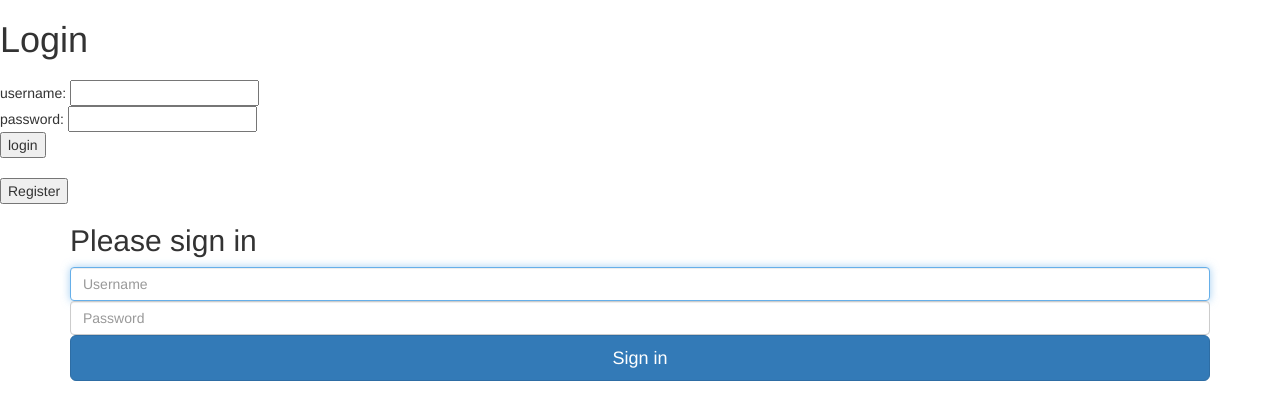
Repository: aaikinsm/FDM-Programs
Page: http://localhost/SoloProject/createExam.jsp
An editor plug-in stored every save of this project. The page is shown before and after the next save, followed by the edit.
The browser window is 1280 px wide. The pictures show the whole page.
The page is served by Tomcat 9.

Above is the page before, as saved 2017-05-26 17:43:36.

After the next save:
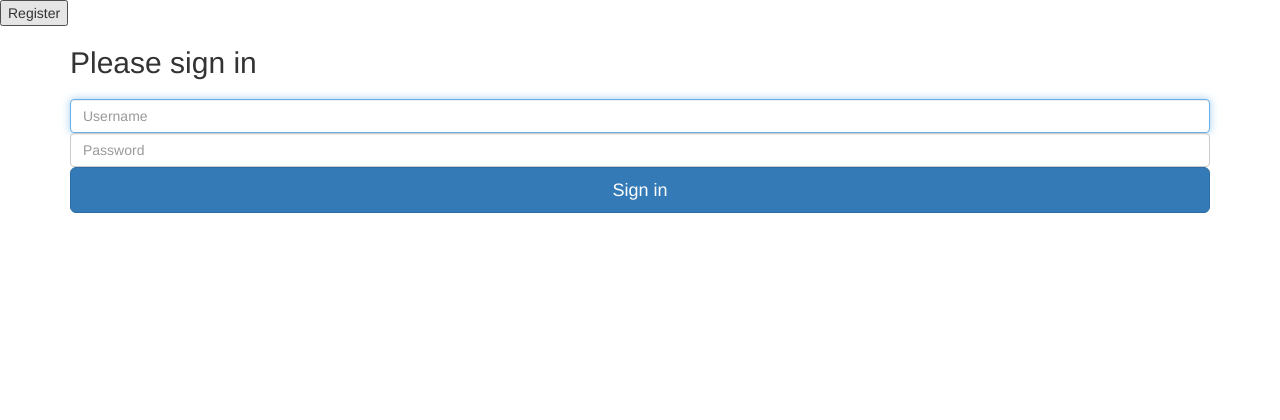
Saved 3 min 9 s later.
--- a/SoloProject/WebContent/login.jsp
+++ b/SoloProject/WebContent/login.jsp
@@ -11,25 +11,26 @@
 
 </head>
 <body>
-	<h1>Login</h1>
+	<!--<h1>Login</h1>
 	<h2 class="error" style="color:red">${errorMsg} </h2>
-	<form action="login" method="post">
+	 <form action="login" method="post">
 		username: <input type="text" name="username"><br/>
 		password: <input type="password" name="password"><br/>
 		<input type="submit" value="login">
 	</form>
-	<br/>
+	<br/> -->
 	<button >Register</button>
 
 	<div class="container">
 
-      <form class="form-signin">
+      <form class="form-signin" action="login" method="post">
         <h2 class="form-signin-heading">Please sign in</h2>
+        <h2 class="error" style="color:red">${errorMsg} </h2>
         <label for="username" class="sr-only">Username</label>
         <input type="text" id="username" name="username" class="form-control" placeholder="Username" required autofocus>
         <label for="inputPassword" class="sr-only">Password</label>
         <input type="password" id="inputPassword" name="password" class="form-control" placeholder="Password" required>
-        <button class="btn btn-lg btn-primary btn-block" type="submit" value="login">Sign in</button>
+        <button class="btn btn-lg btn-primary btn-block" type="submit">Sign in</button>
       </form>
 
     </div>
